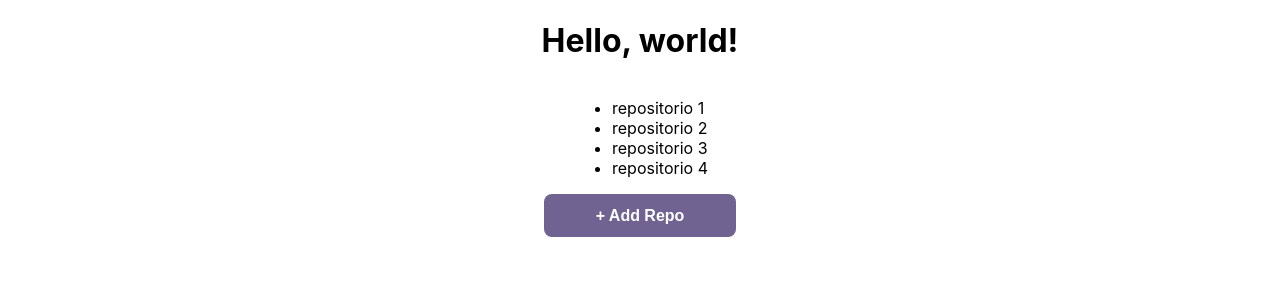
Repository: thiagolucio/react-hooks-use
Page: /
These files come from the project's save history. The page is drawn as it stood at one moment and after the next save; the edit follows.
The browser window is 1280 px wide. The pictures show the whole page.
The pointer rests on the first visible `.buttonApp`.
The project was rebuilt for these pictures with package versions that can differ from the ones it lists, and the page was loaded fresh each time.

Above is the page before, as saved 2022-03-08 17:02:50.

After the next save:
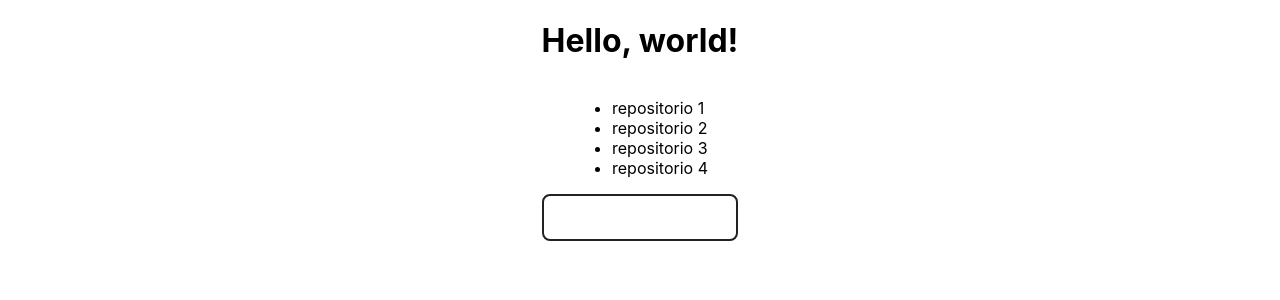
Saved 25 s later.
--- a/src/Components/UseStateExample.css
+++ b/src/Components/UseStateExample.css
@@ -9,7 +9,8 @@
 }
 
 .buttonApp:hover {
-    background-color: rgb(112, 99, 145);
+    background-color: white;
+    border: 2px solid #222;
     color: #fff;
     transition: all 0.5s ease-in;
 }
